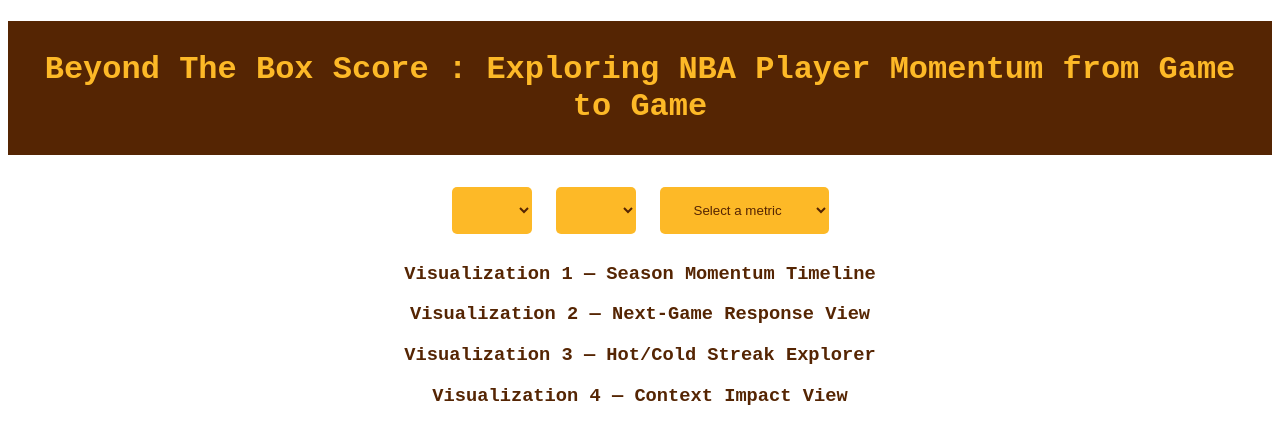
Repository: houdafatih/Data-Viz-Project
Page: index.html
These files come from the project's save history. The page is drawn as it stood at one moment and after the next save; the edit follows.
The browser window is 1280 px wide. The pictures show the whole page.

Above is the page before, as saved 2026-06-12 14:03:55.
Console error: ReferenceError: playersData is not defined

After the next save:
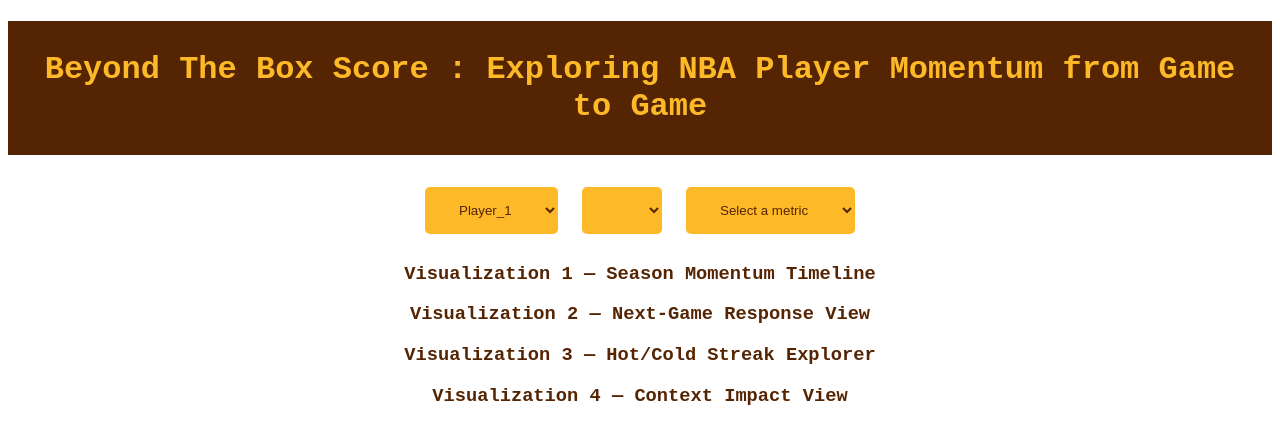
The error is gone.
Saved 111 s later.
--- a/index.js
+++ b/index.js
@@ -1,4 +1,4 @@
-import * as utils from "./scripts/utils.js";
+import {playersData} from "./scripts/utils.js";
 
 d3.csv("data/nba.csv",d3.autoType).then(function(data){
    playersData(data)
